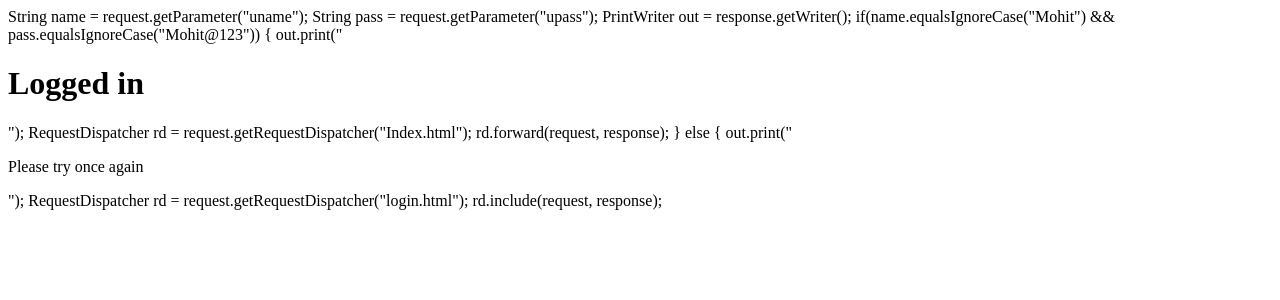
Repository: Surajkande2001/IGTSolution
Page: http://localhost/WebJSPProject/LOGIN.jsp
These files come from the project's save history. The page is drawn as it stood at one moment and after the next save; the edit follows.
The browser window is 1280 px wide. The pictures show the whole page.
The page is served by Tomcat 9.

Above is the page before, as saved 2023-06-30 11:40:29.

After the next save:
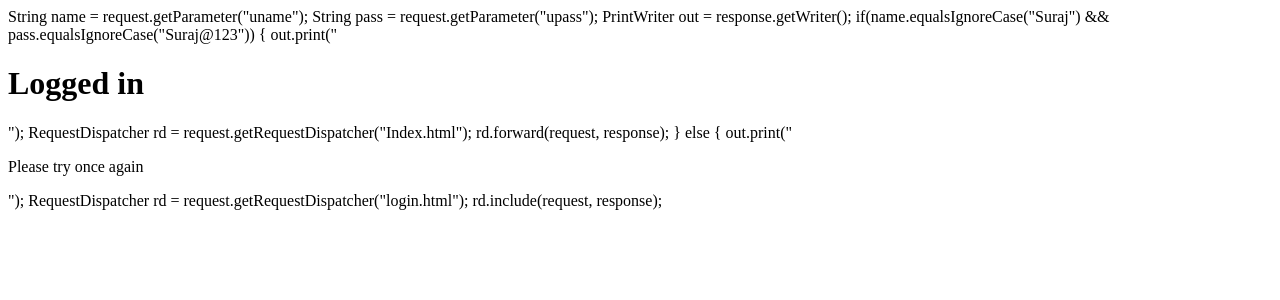
Saved 33 s later.
--- a/WebJSPProject/src/main/webapp/LOGIN.jsp
+++ b/WebJSPProject/src/main/webapp/LOGIN.jsp
@@ -12,7 +12,7 @@ String name = request.getParameter("uname");
 
 		PrintWriter out = response.getWriter();
 
-		if(name.equalsIgnoreCase("Mohit") && pass.equalsIgnoreCase("Mohit@123"))  {
+		if(name.equalsIgnoreCase("Suraj") && pass.equalsIgnoreCase("Suraj@123"))  {
 
 			out.print("<h1>Logged in</h1>");
 			RequestDispatcher rd = request.getRequestDispatcher("Index.html");
